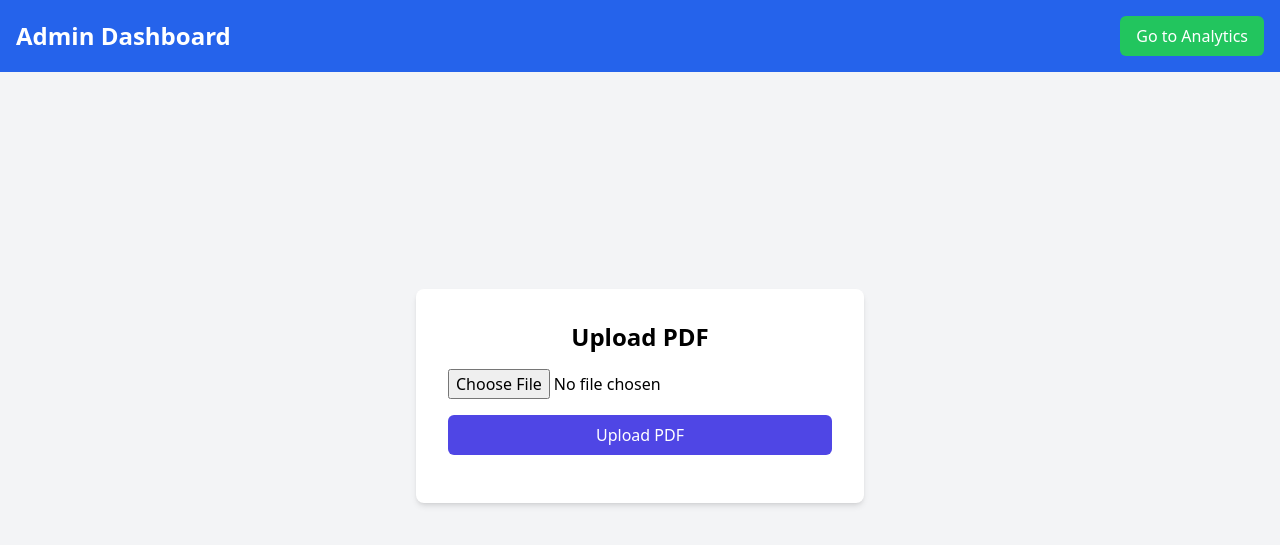
Repository: HackRx50/PS6-3k1P
Page: /admin (app in frontend/)
The author's editor kept a copy of each file at every save. The page is drawn from the files as they stood at one save, then again after the next save.
The browser window is 1280 px wide. The pictures show the whole page.
The project was rebuilt for these pictures with package versions that can differ from the ones it lists, and the page was loaded fresh each time. Also part of the build but not shown: frontend/vite.config.js, frontend/src/pages/User.jsx, frontend/src/components/Navbar.jsx, frontend/src/App.jsx, frontend/src/pages/Quiz.jsx.

Above is the page before, as saved 2024-09-19 23:38:21.

After the next save:
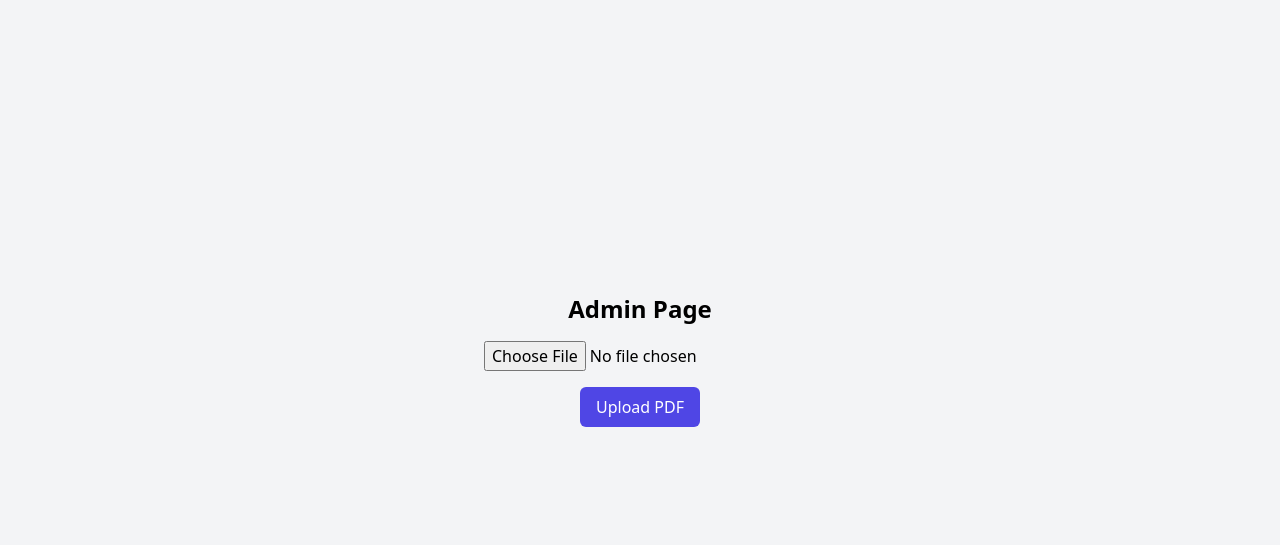
Saved 9 s later.
--- a/frontend/src/pages/Admin.jsx
+++ b/frontend/src/pages/Admin.jsx
@@ -33,42 +33,22 @@ function Admin() {
     }
   };
 
-  const navigateToAnalytics = () => {
-    window.location.href = '/analytics';
-  };
-
   return (
-    <div className="min-h-screen flex flex-col bg-gray-100">
-      <nav className="bg-blue-600 p-4">
-        <div className="container mx-auto flex justify-between items-center">
-          <h1 className="text-white text-2xl font-bold">Admin Dashboard</h1>
-          <button
-            onClick={navigateToAnalytics}
-            className="px-4 py-2 bg-green-500 text-white rounded-md"
-          >
-            Go to Analytics
-          </button>
-        </div>
-      </nav>
-
-      <div className="flex-grow flex flex-col items-center justify-center p-6">
-        <div className="bg-white shadow-md rounded-lg p-8 w-full max-w-md">
-          <h2 className="text-2xl font-bold mb-4 text-center">Upload PDF</h2>
+    <div className="min-h-screen flex flex-col items-center justify-center bg-gray-100 p-6">
+      <h1 className="text-2xl font-bold mb-4">Admin Page</h1>
 
       <div className="mb-4">
         <input type="file" accept="application/pdf" onChange={handleFileChange} />
       </div>
 
-          <button
-            onClick={handleUpload}
-            className="w-full px-4 py-2 bg-indigo-600 text-white rounded-md mb-4"
-          >
-            Upload PDF
-          </button>
+      <button
+        onClick={handleUpload}
+        className="px-4 py-2 bg-indigo-600 text-white rounded-md"
+      >
+        Upload PDF
+      </button>
 
-          {uploadStatus && <p className="mt-4 text-center">{uploadStatus}</p>}
-        </div>
-      </div>
+      {uploadStatus && <p className="mt-4">{uploadStatus}</p>}
     </div>
   );
 }
